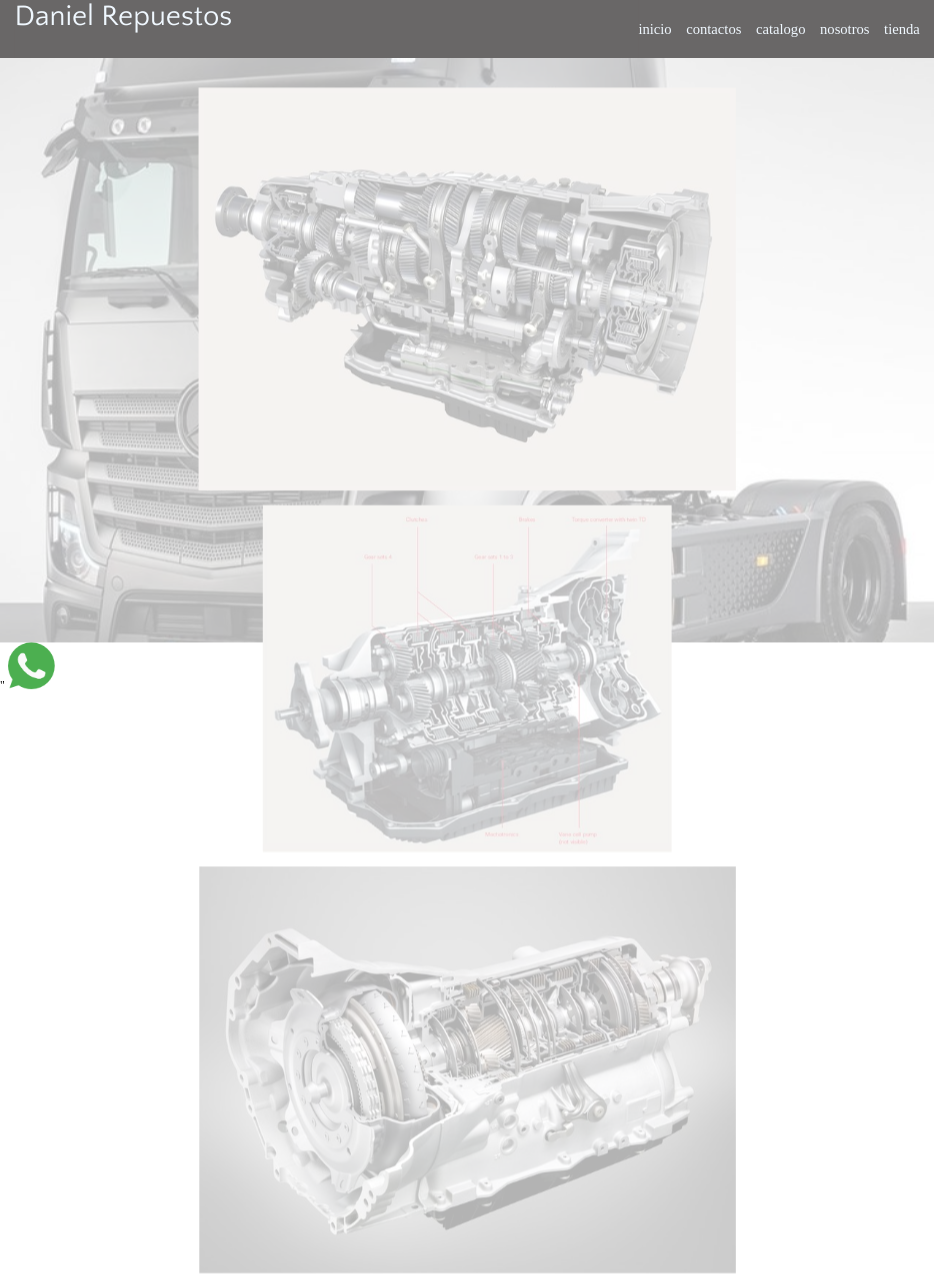
Repository: minesterani/proyecto-caja
Page: pages/tienda.html
An editor plug-in stored every save of this project. The page is shown before and after the next save, followed by the edit.
The browser window is 1280 px wide. The pictures show the whole page, at 73% of full size.

Above is the page before, as saved 2024-09-20 09:21:21.

### pages/tienda.html
<!DOCTYPE html>
<html lang="en">
<head>
    <meta charset="UTF-8">
    <meta name="viewport" content="width=device-width, initial-scale=1.0">
    <title>Document</title>
    <link rel="preconnect" href="https://fonts.googleapis.com">
<link rel="preconnect" href="https://fonts.gstatic.com" crossorigin>
<link href="https://fonts.googleapis.com/css2?family=Quattrocento+Sans:ital,wght@0,400;0,700;1,400;1,700&display=swap" rel="stylesheet">
    <link rel="stylesheet" href="../css/style.css">
</head>
<body>
   <header class="header-tienda">
    <h1>Daniel Repuestos</h1>
    <nav>
        <ul class="navtienda">
            <li><a href="../index.html">inicio</a></li>
            <li><a href="./contactos.html">contactos</a></li>
            <li><a href="./catalogo.html">catalogo</a></li>
            <li><a href="./nosotros.html">nosotros</a></li>
            <li><a href="#">tienda</a></li>
        </ul>
    </nav>

   </header>
   <main>
    <section class="section-tienda">
        <div class="contenedor-tienda">
            <img src="../assets/img/caja 2.jpg" alt="">
            <img src="../assets/img/caja.jpg" alt="">
            <img src="../assets/img/Transmisiones de toyota.jpeg" alt="">
        </div>
        <a href="" class="boton">¿Que producto busca?</a>
    </section>

   </main>
   <footer>
    <a class="whatsapp-tienda"href="https://wa.me/3416513963" target="_blank"></a>"
        <img src="../assets/img/whatsapp.png" alt="">
    </a>
   </footer>
</body>
</html>

### css/style.css
/* Estilo global */
* {
    margin: 0;
    padding: 0;
    box-sizing: border-box;
}

h1 {
    background-color: rgb(105, 103, 103);
    width: 100%;
    height: 80px;
    font-size: 40px;
    color: aliceblue;
    font-family: "Quattrocento Sans", sans-serif;
    font-weight: 400;
    font-style: normal;
}

/* Header */
.header-index, .header-tienda, .header-catalogo, .header-contactos, .header-nosotros {
    display: flex;
    width: 100%;
    flex-direction: row;
    background-color: rgb(105, 103, 103);
    justify-content: space-between;
    align-items: center;
    padding: 0px 20px;
    position: sticky;
    top: 0;
}

/* Navegación */
.navBar, .navtienda, .nav-catalogo, .nav-Contactos, .navNos {
    display: flex;
    list-style-type: none;
    gap: 20px;
}

.navBar li a, .navtienda li a, .nav-catalogo li a, .nav-Contactos li a, .navNos li a {
    text-decoration: none;
    color: aliceblue;
    font-size: 20px;
}

/* Sección Principal */
.section-principal {
    background-color: lightblue;
    width: 100%;
    height: 25rem;
    background-image: url("../assets/img/mercedes gris.jpeg");
    background-position: center;
    background-size: cover;
    background-repeat: no-repeat;
}

/* Botón */
.boton {
    background-color: white;
    font-size: 1.25rem;
    padding: 10px 10px 5px 14px;
    border-width: 2px;
    border-style: solid;
    border-color: black;
    border-radius: 10px;
    position: fixed;
    margin: 10px;
}
.grid {
    display: grid;
    grid-template-columns: repeat(8, 1fr); /* 8 columnas iguales */
    gap: 10px; /* Espacio entre las imágenes */
    width: 100%;
    padding: 0;
    margin: 0;
}

.grid img {
    width: 100%;
    height: 200px; /* Ajusta la altura según sea necesario */
    object-fit: cover; /* Las imágenes se ajustarán sin deformarse */
}

/* Sección de Contactos */
.section-contactos, .section-tienda, .section-catalogos, .section-nosotros {
    background-color: lightblue;
    width: 100%;
    height: 25rem;
    background-image: url("../assets/img/mercedes gris.jpeg");
    background-position: center;
    background-size: cover;
    background-repeat: no-repeat;
    opacity: 0.3;
}

.section-nosotros {
    position: relative;
    padding: 50px;
    background-image: url("../assets/img/mercedes\ gris.jpeg");
    background-size: cover;
    background-position: center;
    background-repeat: no-repeat;
    opacity: 0.7;
    color: white;
    font-family: "Quattrocento Sans", sans-serif;
    height: auto;
}

.container-nosotros {
    display: flex;
    justify-content: space-between;
    align-items: flex-start;
    max-width: 1200px;
    margin: 0 auto;
    overflow: hidden;
}

.texto-nosotros {
    width: 55%;
    padding: 20px;
    background-color: rgba(0, 0, 0, 0.5);
    border-radius: 10px;
    color: white;
    overflow: hidden;
}

.texto-nosotros h2 {
    margin-bottom: 20px;
    font-size: 2.5rem;
}

.texto-nosotros p {
    margin-bottom: 15px;
    font-size: 1.2rem;
    line-height: 1.6;
}

.imagenes-nosotros {
    width: 40%;
    display: flex;
    flex-direction: column;
    gap: 10px;
    align-items: flex-start;
}

.imagenes-nosotros img {
    width: 100%;
    height: auto;
    max-width: 300px;
    border-radius: 10px;
    object-fit: cover;
    overflow: hidden;

}
.section-tienda {
    background-color: lightblue;
    width: 100%; /* Ajusta el ancho según sea necesario */
    height: 50rem; /* Aumenta la altura del contenedor */
    padding: 20px;
    background-image: url("../assets/img/mercedes gris.jpeg");
    background-position: center;
    background-size: cover;
    background-repeat: no-repeat;
    opacity: 0.3;
}

.contenedor-tienda {
    display: flex;
    flex-wrap: wrap;
    justify-content: center;
    gap: 20px; /* Espacio entre las fotos */
    padding: 20px;
}

/* Sección Contactos */
.section-contactos {
    background-color: lightblue;
    width: 100%;
    padding: 50px 20px;
    background-image: url("../assets/img/mercedes gris.jpeg");
    background-position: center;
    background-size: cover;
    background-repeat: no-repeat;
    opacity: 0.9; /* Aumenta la opacidad para mejor visibilidad */
    color: black;
    height: auto; /* Altura automática según contenido */
}

.container-contactos {
    display: flex;
    justify-content: space-between;
    align-items: flex-start;
    max-width: 1200px; /* Ancho máximo del contenedor */
    margin: 0 auto; /* Centra el contenedor horizontalmente */
    gap: 20px; /* Espacio entre el mapa y los datos */
}

.mapa {
    flex: 1;
}

.mapa iframe {
    width: 100%;
    height: 400px; /* Ajusta la altura según lo necesites */
    border: none;
}

.datos-empresa {
    flex: 1;
    padding-left: 20px; /* Espacio a la izquierda de los datos */
    font-size: 25rem;
}

.datos-empresa h3 {
    margin-bottom: 15px;
    font-size: 2rem;
    font-weight: 700;
}

.datos-empresa p {
    margin-bottom: 15px;
    font-size: 2rem;
    line-height: 1,6;
}

/* Footer */
.footer-content {
    background-color: #f4f4f4;
    padding: 20px;
    margin-top: 0;
    clear: both;
}

.columns {
    display: flex;
    justify-content: space-between;
    align-items: flex-start;
    margin-bottom: 0;
    padding: 20px 0;
}

.left-column, .right-column {
    width: 48%;
}

.left-column iframe {
    width: 100%;
    height: 300px;
    border: 0;
}

.right-column {
    padding-left: 20px;
    text-align: center;
    padding-top: 20px;
}

.right-column h3, .right-column p {
    margin: 10px 0;
}

.footer-bottom {
    text-align: center;
    padding: 10px 0;
    border-top: 1px solid #ccc;
}

.footer-bottom p {
    margin: 5px 0;
}

/* Estilos específicos para WhatsApp */
.whatsapp, .whatsapp-contactos, .whatsapp-tienda, .whatsapp-nosotros, .whatsapp-catalogo {
    position: fixed;
    bottom: 10px;
    right: 10px;
}

/* Media Queries */
@media(max-width: 1024px) {
    .header-index, .header-tienda {
        justify-content: space-around;
    }
}

@media(max-width: 768px) {
    h1 {
        background-color: rgba(197, 193, 193, 0.555);
        height: 80px;
        font-size: 40px;
        padding: 10px;
    }

    .header-index, .header-tienda, .header-catalogo, .header-contactos, .header-nosotros {
        flex-direction: column;
        background-color: gray;
        font-size: 30px;
        padding: 10px;
        align-items: center;
        justify-content: center;
        gap: 30px;
    }

    .navBar, .navtienda, .nav-catalogo, .nav-Contactos, .navNos {
        padding-bottom: .875rem;
    }

    .navBar li a, .navtienda li a, .nav-catalogo li a, .nav-Contactos li a, .navNos li a {
        font-size: 1.5rem;
    }

    .section-principal, .section-tienda, .section-catalogos, .section-contactos, .section-nosotros {
        background-image: url("../assets/img/caja 2.jpg");
        background-size: 100% 100%;
    }

    .container-nosotros {
        flex-direction: column;
        align-items: center;
    }

    .imagenes-nosotros {
        width: 100%;
        display: flex;
        justify-content: center;
        flex-direction: column;
        gap: 15px;
    }

    .imagenes-nosotros img {
        max-height: 300px;
    }

    .texto-nosotros {
        width: 100%;
        text-align: center;
    }
    .mapa, .datos-empresa {
        width: 100%;
        padding: 0;
    }

    .datos-empresa {
        padding-left: 0;
        margin-top: 20px;
        text-align: center;
        font-size: 1.2rem; /* Mantiene el tamaño de fuente aumentado */
    }

}

@media(max-width: 425px) {
    .navBar, .navtienda, .nav-catalogo, .nav-Contactos, .navNos {
        flex-direction: column;
    }

    .grid {
        grid-template-columns: 1fr;
        grid-auto-rows: 200px;
        grid-template-areas:
            "img1"
            "img2"
            "img3"
            "img4"
            "img5"
            "img6"
            "img7"
            "img8";
    }

    .grid img {
        width: 100%;
        height: auto;
        object-fit: cover;
    }

    .columns {
        flex-direction: column;
        align-items: center;
    }

    .left-column, .right-column {
        width: 100%;
        padding: 0;
    }

    .right-column {
        padding-top: 20px;
    }
}

After the next save:
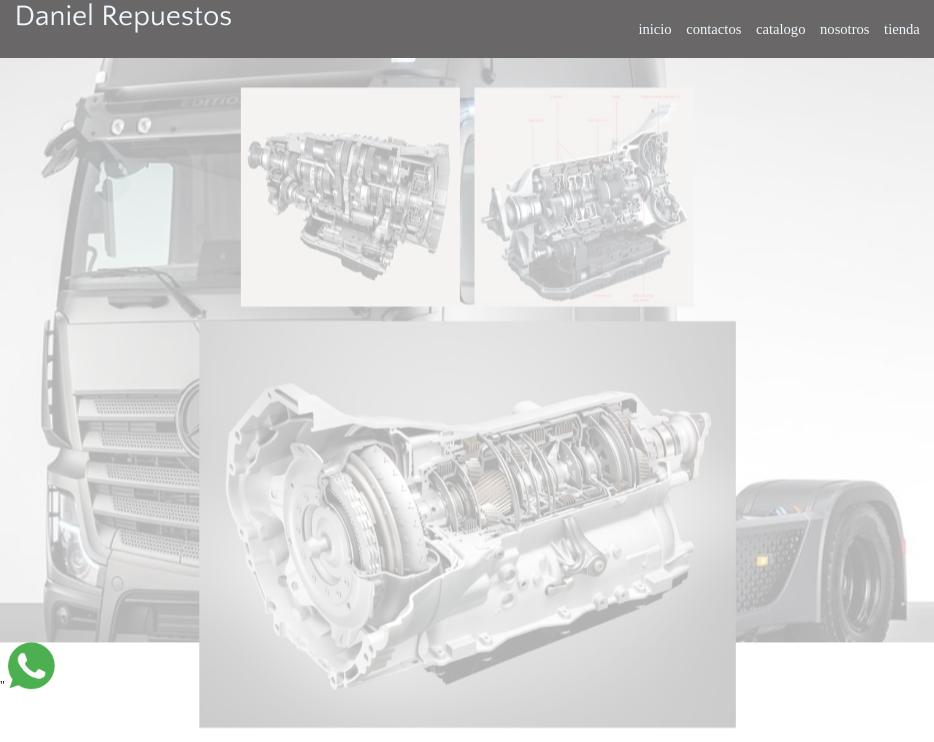
Saved 2 min 44 s later.
--- a/pages/tienda.html
+++ b/pages/tienda.html
@@ -26,8 +26,8 @@
    <main>
     <section class="section-tienda">
         <div class="contenedor-tienda">
-            <img src="../assets/img/caja 2.jpg" alt="">
-            <img src="../assets/img/caja.jpg" alt="">
+            <img src="../assets/img/caja 2.jpg" alt="caja 2" style="width: 300px; height: 300px;">
+            <img src="../assets/img/caja.jpg" alt="caja 3" style="width: 300px; height: 300px;">
             <img src="../assets/img/Transmisiones de toyota.jpeg" alt="">
         </div>
         <a href="" class="boton">¿Que producto busca?</a>
